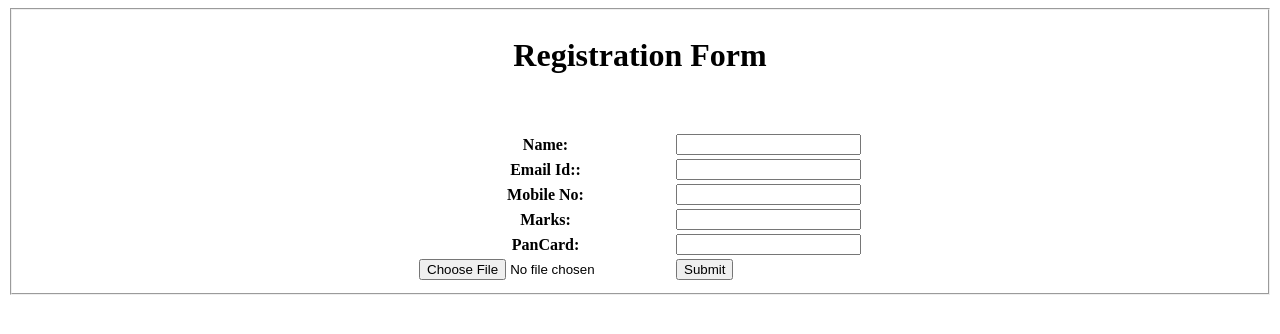
Repository: poojagupta18/Practice-Java
Page: http://localhost/MyOnlineInterviewProcess/RegistrationPortal.jsp
These files come from the project's save history. The page is drawn as it stood at one moment and after the next save; the edit follows.
The browser window is 1280 px wide. The pictures show the whole page.
The page is served by Tomcat 9.

Above is the page before, as saved 2019-12-04 11:50:44.

### java Training/java/Online-Interview-Process/MyOnlineInterviewProcess/WebContent/RegistrationPortal.jsp
<%@ page language="java" contentType="text/html; charset=ISO-8859-1"
	pageEncoding="ISO-8859-1"%>
<!DOCTYPE html>
<html>
<head>
<meta charset="ISO-8859-1">
<title>Insert title here</title>
</head>
<body>
	<form action="_______" method="post" enctype="multipart/form-data">
	<fieldset>
	<center>
		<h1>Registration Form</h1>
			<br>
			<br>
		<table>
			<tr>
				<th>Name:</th>
				<td><input type="text" name="studentName"></td>
			</tr>
			<tr>
				<th>Email Id::</th>
				<td><input type="text" name="email"></td>
			</tr>
			<tr>
				<th>Mobile No:</th>
				<td><input type="text" name="mobile"></td>
			</tr>
			<tr>
				<th>Marks:</th>
				<td><input type="text" name="marks"></td>
			</tr>
			<tr>
				<th>PanCard:</th>
				<td><input type="text" name="pancard"></td>
			</tr>
			<tr>
				<th><input type="file" name="file" /></th>
				<td><input type="submit" value="Submit"></td>
			</tr>
		</table>
		</center>
		</fieldset>
	</form>
</body>
</html>

After the next save:
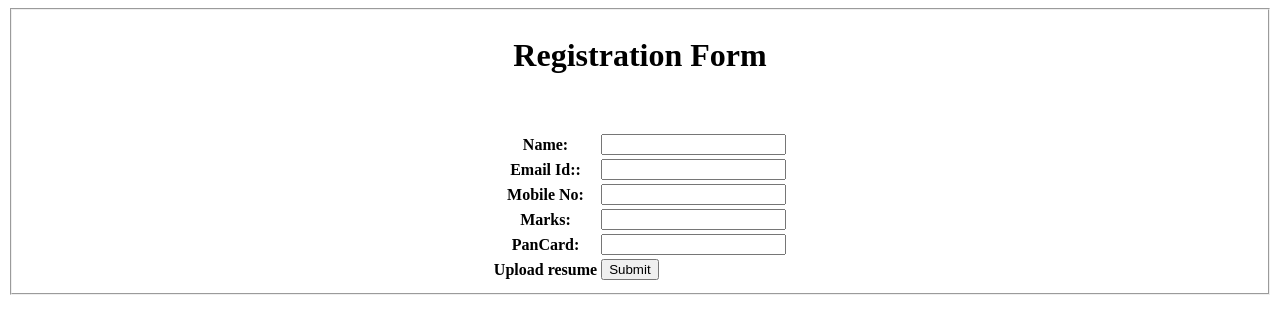
Saved 14 s later.
--- a/java Training/java/Online-Interview-Process/MyOnlineInterviewProcess/WebContent/RegistrationPortal.jsp
+++ b/java Training/java/Online-Interview-Process/MyOnlineInterviewProcess/WebContent/RegistrationPortal.jsp
@@ -35,7 +35,7 @@
 				<td><input type="text" name="pancard"></td>
 			</tr>
 			<tr>
-				<th><input type="file" name="file" /></th>
+				<th>Upload resume</th>
 				<td><input type="submit" value="Submit"></td>
 			</tr>
 		</table>
